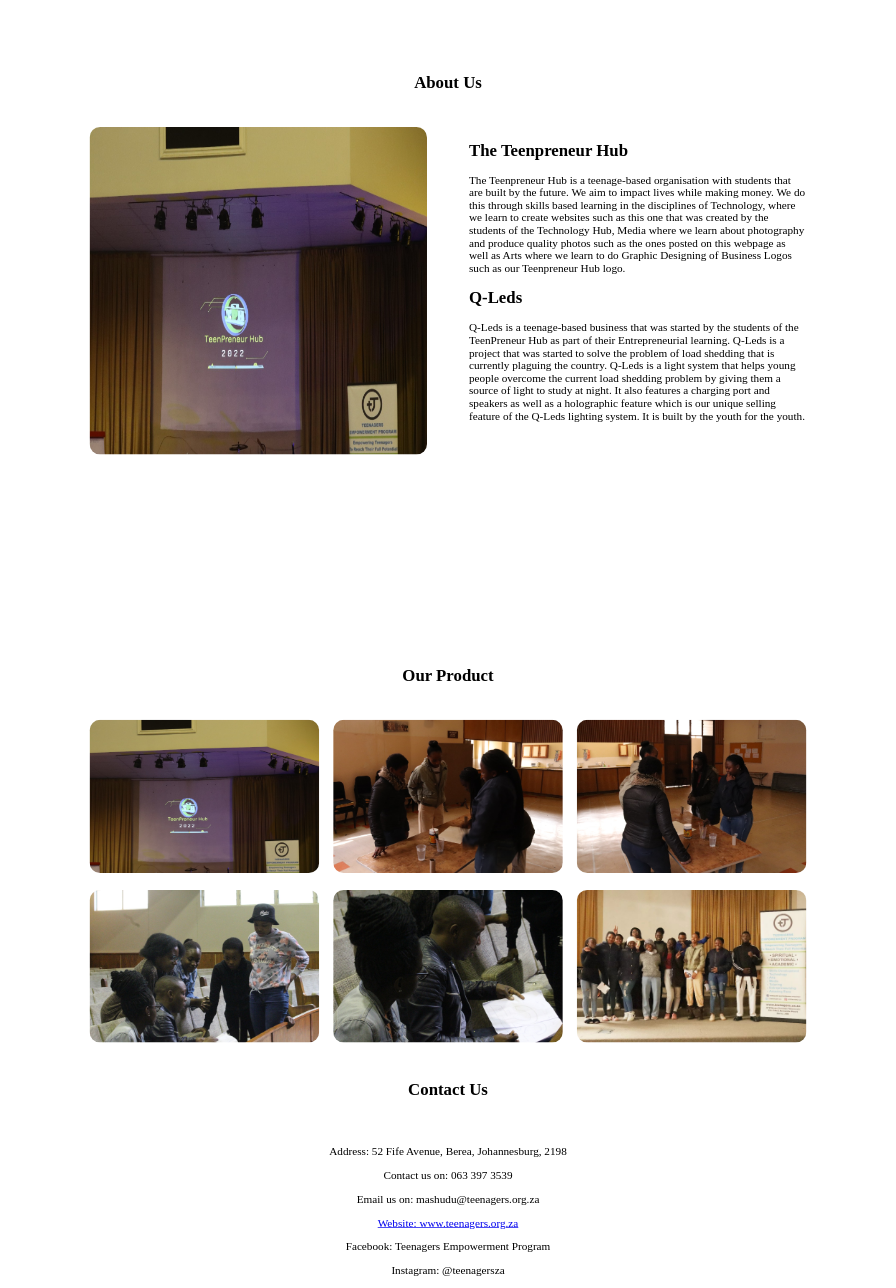
Repository: chadrackkyungu/4-BCT-TPH-Website
Page: index.html
These files come from the project's save history. The page is drawn as it stood at one moment and after the next save; the edit follows.
The browser window is 1280 px wide. The pictures show the part of the page from y = 886 to 2806 px (the page is 2726 px tall before and 2810 px after), at 70% of full size.

Above is the page before, as saved 2022-10-21 09:30:51.

### index.html
<!DOCTYPE html>
<html lang="en">

<head>
    <meta charset="UTF-8">
    <meta http-equiv="X-UA-Compatible" content="IE=edge">
    <meta name="viewport" content="width=device-width, initial-scale=1.0">
    <title> TPH LAB </title>
    <link rel="stylesheet" href="/src/css/style.css">
</head>

<body>

    <div class="navigation">
        <div class="logocontainer">
            <img class="image1" src="./src/images/logo.png" alt="">
        </div>

        <ul class="nav-link">
            <a href="#about">
                <li>About</li>
            </a>
            <a href="#product">
                <li>Our Product</li>
            </a>
            <a href="#contact">
                <li>Contact Us</li>
            </a>
        </ul>
    </div>

    <div class="section1">
        <h2 class="title"> TEEN PRENEUR HUB 2022</h2>

        <div class="image-container">
            <img src="./src/images/img-2.jpeg" alt="">
        </div>
    </div>

    <div class="section1">
        <a id="about">
            <h2 class="title"> About Us</h2>
        </a>

        <div class="aboutcontainer">
            <div class="image-container">
                <img src="./src/images/img-4.jpeg" alt="">
            </div>


            <div class="contentcontainer">
                <h2>The Teenpreneur Hub</h2>

                <p>The Teenpreneur Hub is a teenage-based organisation with students that are built by the future. We aim to impact lives while making money. We do this through skills based learning in the disciplines of Technology, where we learn to create
                    websites such as this one that was created by the students of the Technology Hub, Media where we learn about photography and produce quality photos such as the ones posted on this webpage as well as Arts where we learn to do Graphic
                    Designing of Business Logos such as our Teenpreneur Hub logo.</p>

                <h2>Q-Leds</h2>

                <p>Q-Leds is a teenage-based business that was started by the students of the TeenPreneur Hub as part of their Entrepreneurial learning. Q-Leds is a project that was started to solve the problem of load shedding that is currently plaguing
                    the country. Q-Leds is a light system that helps young people overcome the current load shedding problem by giving them a source of light to study at night. It also features a charging port and speakers as well as a holographic feature
                    which is our unique selling feature of the Q-Leds lighting system. It is built by the youth for the youth.
                </p>

            </div>

        </div>
    </div>

    <div class="section1">
        <a id="product">
            <h2 class="title">Our Product</h2>
        </a>


        <div class="productcontainer">
            <div class="prductimagecontainer">
                <img src="./src/images/img-4.jpeg" alt="">
            </div>
            <div class="prductimagecontainer">
                <img src="./src/images/img-5.jpeg" alt="">
            </div>
            <div class="prductimagecontainer">
                <img src="./src/images/img-6.jpeg" alt="">
            </div>
            <div class="prductimagecontainer">
                <img src="./src/images/img-7.jpeg" alt="">
            </div>
            <div class="prductimagecontainer">
                <img src="./src/images/img-8.jpeg" alt="">
            </div>
            <div class="prductimagecontainer">
                <img src="./src/images/img-9.jpeg" alt="">
            </div>

        </div>
    </div>

    <div class="section1">
        <a id="contact">
            <h2 class="title"> Contact Us</h2>
        </a>

        <div class="contactcontainer">
            <div class="contactcontent">
                <P>Address: 52 Fife Avenue, Berea, Johannesburg, 2198</P>
                <p>Contact us on: 063 397 3539</p>
                <p>Email us on: mashudu@teenagers.org.za</p>
                <p><a href="https://teenagers.org.za/" target=" "> Website: www.teenagers.org.za </a></p>
                <p>Facebook: Teenagers Empowerment Program</p>
                <p>Instagram: @teenagersza</p>
            </div>
        </div>
    </div>

    <div class="nav-link"> </div>
</body>
<html>

### src/css/style.css
html,
body {
    box-sizing: 0;
    margin: 0;
    padding: 0;
}


/* NAVBAR */

.navigation {
    background-color: #509e2e;
    display: flex;
    justify-content: space-around;
    align-items: center;
}

.image1 {
    width: 100px;
}

.nav-link {
    display: flex;
}

.nav-link li {
    list-style-type: none;
    padding: 5px;
    color: white;
}

.nav-link a {
    text-decoration: none !important;
}


/* SECTION 1 */

.section1 {
    width: 80%;
    margin: 0 auto;
}

img {
    border-radius: 15px;
}

.title {
    text-align: center;
    margin-bottom: 50px;
    margin-top: 50px;
}

.image-container {
    width: 100%;
    height: 100vh;
}

.image-container img {
    width: 100%;
    height: 65% !important;
}

.aboutcontainer {
    display: flex;
    justify-content: space-between;
    /* align-items: center; */
    /* border: 5px solid red; */
}

.contentcontainer {
    margin-left: 60px;
    width: 100%;
    /* border: 5px solid #00ff2a; */
}

.productcontainer {
    display: grid;
    grid-template-columns: 1fr 1fr 1fr;
    gap: 20px;
}

.prductimagecontainer {
    width: 100%;
}

.prductimagecontainer img {
    width: 100%;
}

.contactcontainer {
    display: flex;
    justify-content: center;
    align-items: center;
}

.contactcontent {
    margin: auto 0;
    text-align: center;
}

.logocontainer {
    width: 10%;
}

.logocontainer img {
    width: 50%;
    border-radius: 100%;
}

After the next save:
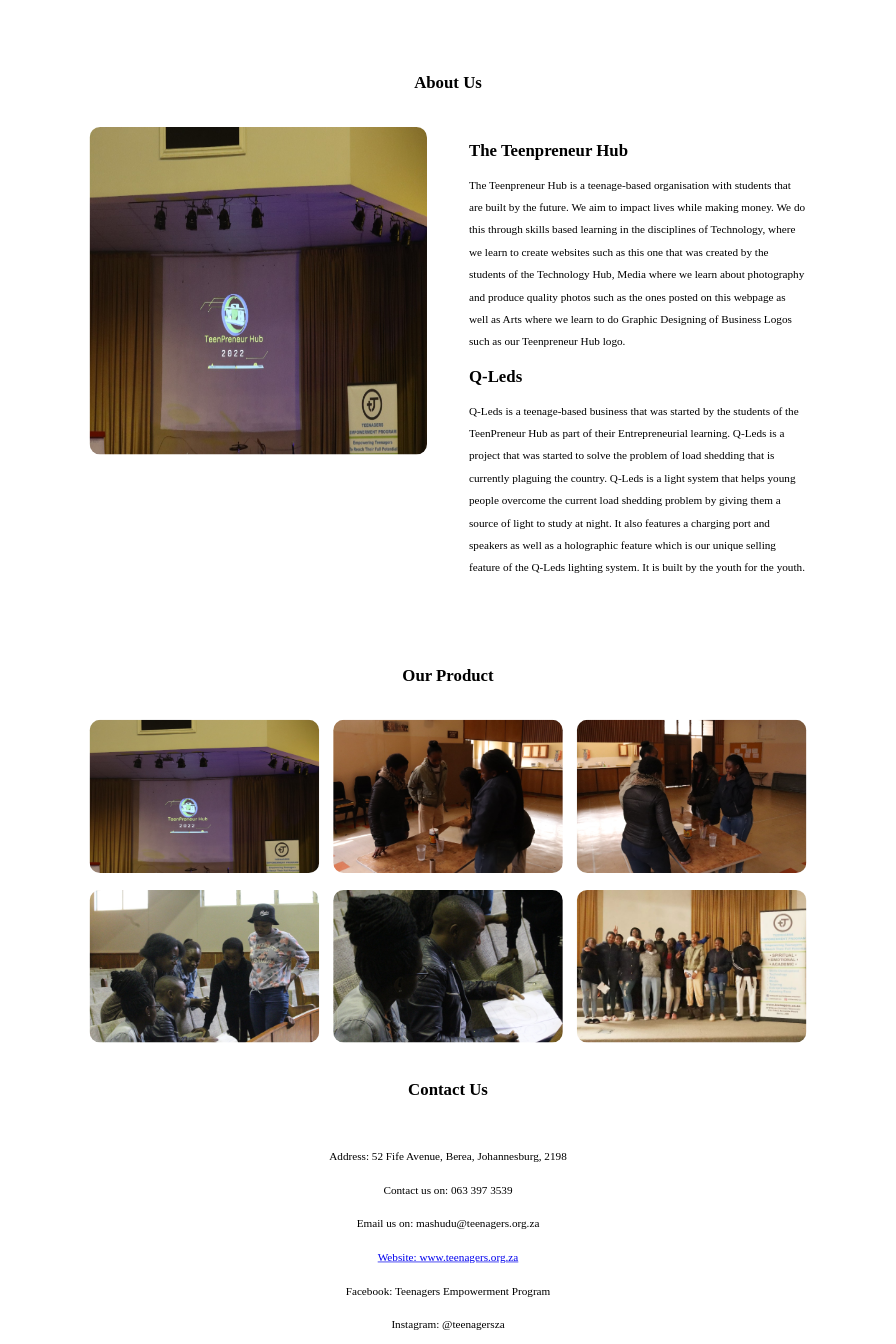
Saved 29 s later.
--- a/src/css/style.css
+++ b/src/css/style.css
@@ -3,6 +3,10 @@
     box-sizing: 0;
     margin: 0;
     padding: 0;
+}
+
+p {
+    line-height: 2em;
 }
 
 
